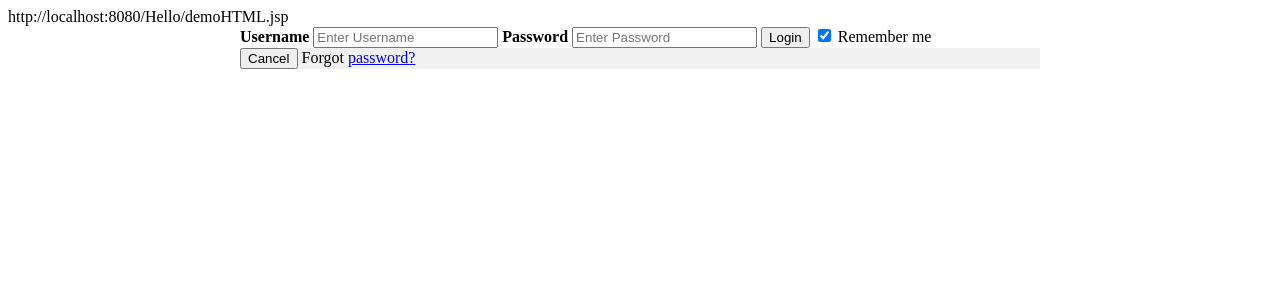
Repository: daihieptn97/JSP
Page: http://localhost/Hello/demo
An editor plug-in stored every save of this project. The page is shown before and after the next save, followed by the edit.
The browser window is 1280 px wide. The pictures show the whole page.
The page is served by Tomcat 9.

Above is the page before, as saved 2019-08-22 14:18:37.

After the next save:
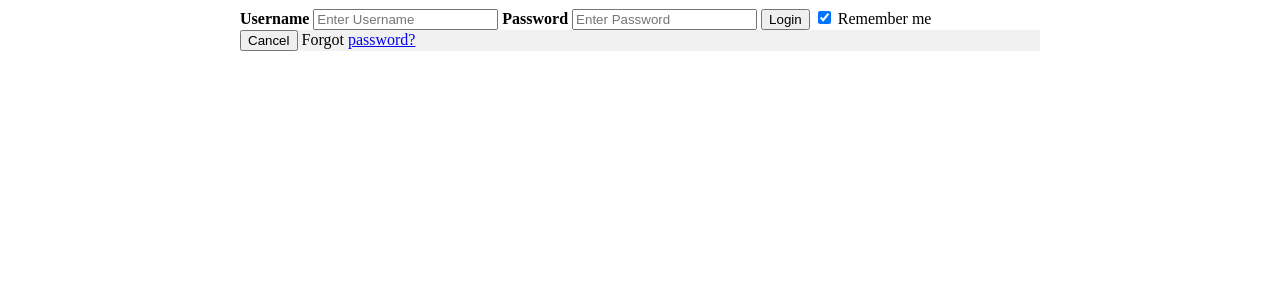
Saved 13 s later.
--- a/Hello/WebContent/demoHTML.jsp
+++ b/Hello/WebContent/demoHTML.jsp
@@ -9,7 +9,6 @@
 </head>
 
 <body>
-	<%= request.getRequestURL() %>
 	<form action="<%= request.getContextPath() %>/Demo" method="post" style="width: 800px; margin: auto">
 		  <div class="container">
 		    <label for="uname"><b>Username</b></label>
